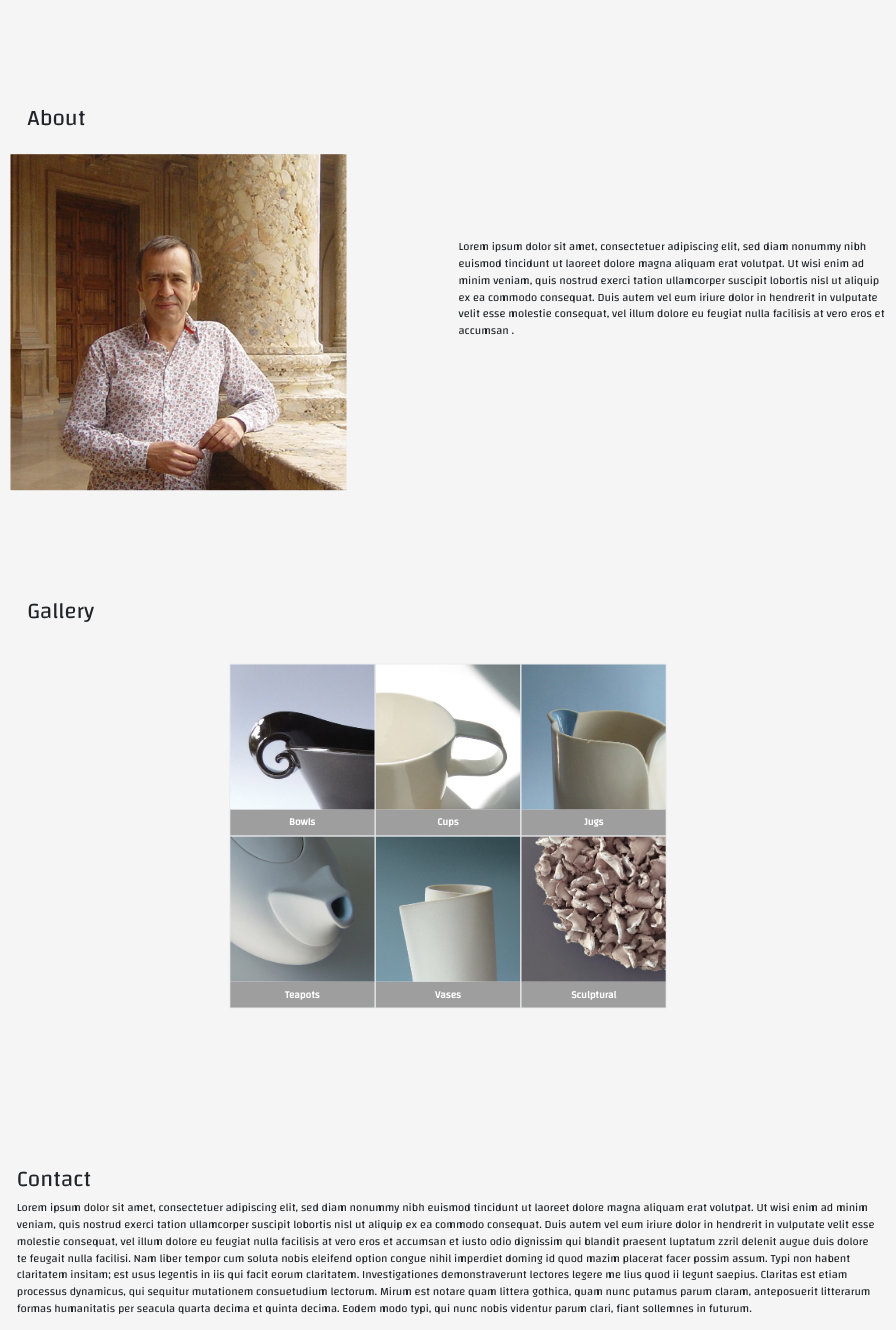
Repository: ManrOsca/ceramics
Page: MDB/index3.html
The author's editor kept a record of every edit. The page is drawn from the files as they stood at one moment, then again after the next edit.
The browser window is 1280 px wide. The pictures show the part of the page from y = 1136 to 3036 px (the page is 3060 px tall before and 3508 px after), at 70% of full size.
A picture or video elsewhere on the page could not be fetched, so the positions and the page height are approximate.

Above is the page before.

### MDB/index3.html
<!DOCTYPE html>
<html lang="en">

<head>
    <meta charset="utf-8">
    <meta name="viewport" content="width=device-width, initial-scale=1, shrink-to-fit=no">
    <meta http-equiv="x-ua-compatible" content="ie=edge">
    <title>
        <p class="changa text-uppercase">ITALO MANRIQUE - ceramics</p>
    </title>
    <!-- Font Awesome -->
    <link rel="stylesheet" href="https://maxcdn.bootstrapcdn.com/font-awesome/4.7.0/css/font-awesome.min.css">
    <!-- Bootstrap core CSS -->
    <link href="css/bootstrap.min.css" rel="stylesheet">
    <!-- Material Design Bootstrap -->
    <link href="css/mdb.min.css" rel="stylesheet">
    <!-- Your custom styles (optional) -->
    <link rel="stylesheet" href="css/animate.css" type="text/css" />
    <link href="https://fonts.googleapis.com/css?family=Changa" rel="stylesheet">
    <link href="css/style.css" rel="stylesheet">
</head>

<body class="grey lighten-4">
    <!--Main Navigation-->
    <header class="fixed-top">

        <h2 class="changa grey lighten-4 py-4 px-4 upper">Italo Manrique</h2>
        <nav class="navbar navbar-expand navbar-light grey lighten-2">

                <ul class="navbar-nav mr-auto">
                    <li class="nav-item">
                        <a class="nav-link changa" href="index3.html#home">Home</a>
                    </li>
                    <li class="nav-item">
                        <a class="nav-link changa" href="index3.html#about">About</a>
                    </li>
                    <li class="nav-item">
                        <a class="nav-link changa" href="index3.html#gallery">Gallery</a>
                    </li>
                    <li class="nav-item">
                        <a class="nav-link changa" href="index3.html#contact">Contact</a>
                    </li>
                </ul>
        </nav>
    </header>
    <!--Main Navigation-->

    <!--Main layout-->
    <main>
        <span class="anchor" id="home"></span>
        <home>
            <div class="landing-text">
                <img src="img/home.jpg" class="container-fluid"></img>
                <p class="px-4 pb-4">Lorem ipsum dolor sit amet, consectetur adipisicing elit.</p>
            </div>

        </home>
        <!--
        <section id="about">
            <about class="px-4">
                <h2 class="px-4">About</h2>
                <div class="row container-fluid">
                    <div class="col-sm-6">
                        <img src="img/about.jpeg"></img>
                    </div>
                    <div class="col-sm-6">
                        <br> <br><br><br><br>
                        <p class="changa">
                            Lorem ipsum dolor sit amet, consectetuer adipiscing elit, sed diam nonummy nibh euismod tincidunt ut laoreet dolore magna aliquam erat volutpat. Ut wisi enim ad minim veniam, quis nostrud exerci tation ullamcorper suscipit lobortis nisl ut aliquip ex
                            ea commodo consequat. Duis autem vel eum iriure dolor in hendrerit in vulputate velit esse molestie consequat, vel illum dolore eu feugiat nulla facilisis at vero eros et accumsan .
                        </p>
                    </div>
                </div>
            </about>
        </section>

-->
         <span class="anchor" id="about"></span>
        <section>
            <div class="container-fluid">
                <h2 class="px-4 py-4">About</h2>
                <div class="row">
                    <div class="col-sm-6">
                        <img src="img/about.jpeg"></img>
                    </div>
                    <div class="col-sm-6">
                        <br> <br><br><br><br>
                        <p class="changa">
                            Lorem ipsum dolor sit amet, consectetuer adipiscing elit, sed diam nonummy nibh euismod tincidunt ut laoreet dolore magna aliquam erat volutpat. Ut wisi enim ad minim veniam, quis nostrud exerci tation ullamcorper suscipit lobortis nisl ut aliquip ex
                            ea commodo consequat. Duis autem vel eum iriure dolor in hendrerit in vulputate velit esse molestie consequat, vel illum dolore eu feugiat nulla facilisis at vero eros et accumsan .
                        </p>
                    </div>
                </div>
            </div>
        </section>

         <span class="anchor" id="gallery"></span>
        <section>
            <div class="container-fluid animated zoomInRight">

                <h2 class="px-4 py-4">Gallery</h2><br>

                <div class="row mx-auto"  style="width: 50%;" >
                    <div class="col-xs-4 col-md-4 col-lg-4 px-0">
                        <a href="index3.html#gallery">
                            <div class="img-thumbnail">
                                <img src="img/gallery-menu-bowls.jpg" alt="bowls" class="img-fluid"></img>
                        </a>
                        <figcaption class="figure-caption grey text-center py-2 px-1">Bowls</figcaption>
                        </div>
                    </div>

                    <div class="col-xs-4 col-md-4 col-lg-4 px-0">
                        <a href="index3.html#gallery">
                            <div class="img-thumbnail">
                                <img src="img/gallery-menu-cups.jpg" alt="cups" class="img-fluid"></img>
                        </a>
                        <figcaption class="figure-caption grey text-center py-2 px-1">Cups</figcaption>
                        </div>
                    </div>

                    <div class="col-xs-4 col-md-4 col-lg-4 px-0">
                        <a href="gallery3.html#jugs">
                            <div class="img-thumbnail">
                                <img src="img/gallery-menu-jugs.jpg" alt="jugs" class="img-fluid"></img>
                        </a>
                        <figcaption class="figure-caption grey text-center py-2 px-1">Jugs</figcaption>
                        </div>
                    </div>

                    <div class="col-xs-4 col-md-4 col-lg-4 px-0">
                        <a href="gallery3.html#teapots">
                            <div class="img-thumbnail">
                                <img src="img/gallery-menu-teapots.jpg" alt="teapots" class="img-fluid"></img>
                        </a>
                        <figcaption class="figure-caption grey text-center py-2 px-1">Teapots</figcaption>
                        </div>
                    </div>

                    <div class="col-xs-4 col-md-4 col-lg-4 px-0">
                        <a href="index3.html#gallery">
                            <div class="img-thumbnail">
                                <img src="img/gallery-menu-vases.jpg" alt="vases" class="img-fluid"></img>
                        </a>
                        <figcaption class="figure-caption grey text-center py-2 px-1">Vases</figcaption>
                        </div>
                    </div>

                    <div class="col-xs-4 col-md-4 col-lg-4 px-0">
                        <a href="index3.html#gallery">
                            <div class="img-thumbnail">
                                <img src="img/gallery-menu-sculptural.jpg" alt="sculptural" class="img-fluid"></img>
                        </a>
                        <figcaption class="figure-caption grey text-center py-2 px-1">Sculptural</figcaption>
                        </div>
                    </div>
                </div>




            </div>
            <!-- container -->
        </section>

        <span class="anchor" id="contact"></span>
        <section>
            <contact class="container-fluid">
                <br><br><br><br>
                <h2 class="px-4">Contact</h2>
                <p class="px-4">
                    Lorem ipsum dolor sit amet, consectetuer adipiscing elit, sed diam nonummy nibh euismod tincidunt ut laoreet dolore magna aliquam erat volutpat. Ut wisi enim ad minim veniam, quis nostrud exerci tation ullamcorper suscipit lobortis nisl ut aliquip ex
                    ea commodo consequat. Duis autem vel eum iriure dolor in hendrerit in vulputate velit esse molestie consequat, vel illum dolore eu feugiat nulla facilisis at vero eros et accumsan et iusto odio dignissim qui blandit praesent luptatum
                    zzril delenit augue duis dolore te feugait nulla facilisi. Nam liber tempor cum soluta nobis eleifend option congue nihil imperdiet doming id quod mazim placerat facer possim assum. Typi non habent claritatem insitam; est usus legentis
                    in iis qui facit eorum claritatem. Investigationes demonstraverunt lectores legere me lius quod ii legunt saepius. Claritas est etiam processus dynamicus, qui sequitur mutationem consuetudium lectorum. Mirum est notare quam littera
                    gothica, quam nunc putamus parum claram, anteposuerit litterarum formas humanitatis per seacula quarta decima et quinta decima. Eodem modo typi, qui nunc nobis videntur parum clari, fiant sollemnes in futurum.
                </p>


            </contact>
        </section>
        </div>
        <!--Main container-->

    </main>
    <!--Main layout-->

    <!--Footer-->
    <footer>

    </footer>
    <!--Footer-->






    <!-- SCRIPTS -->
    <!-- JQuery -->
    <script type="text/javascript" src="js/jquery-3.2.1.min.js"></script>
    <!-- Bootstrap tooltips -->
    <script type="text/javascript" src="js/popper.min.js"></script>
    <!-- Bootstrap core JavaScript -->
    <script type="text/javascript" src="js/bootstrap.min.js"></script>
    <!-- MDB core JavaScript -->
    <script type="text/javascript" src="js/mdb.min.js"></script>
</body>

</html>

### MDB/css/style.css
/* Your custom styles */

.changa {
    font-family: 'Changa', sans-serif;
}
/*
.col-sm-4 {
padding: 2px;
}
    */
.grey-text {
  color: #9e9e9e !important;
}
html body {
  font-family: 'Changa', sans-serif;
}

.figure-caption {
  font-size: 90%;
  color: #fff;
/*  text-transform: uppercase; */
  font-weight: 600;
}
.img-thumbnail {
  border-radius: 0;
  padding: 0px !important;
  background-color: inherit;
}
.img-thumbnail img {
  max-height: 100%;
  max-width: 100%;
}

nav {
  margin-top: -0.50em;
}
.col-lg-2, .col-sm-4 {
  padding-left: 0px;
  padding-right: 0px;
}
/*
html,
body,
header,
#intro {
  height: 100%;
}

.home-bg {
   background: url("../img/home.jpg") no-repeat center center fixed;
    background-size: cover;
    -webkit-background-size: cover;
    -moz-background-size: cover;
    -o-background-size: cover;
}
.landing-text {
    text-align: center;
    position: absolute;
    top: 50%;
    left: 50%;
    transform: translate(-50%, -50%);
    color: grey;
}
   */

.push-down-10 {
  padding-top: 10rem;
}
.push-down-5{
  padding-top: 5rem;
}

.push-down-20 {
  padding-top: 20rem;
}
.img-thumbnail {
  max-width: none;
}

thumbnail {
  padding: 1rem;
}

div a img {
  width: 100%;
  display:block;
}
gallery {
  width:100%;
  display:flex;
  flex-flow: row wrap;
}


/* Remove Lightbox white frame */
.lightbox .lb-image {
  border: none;
}
.anchor{
   display:block;
   height:130px; /* this is the height of the header */
/*   margin-top:-142px; /* this is again negative value of the height of the header */
   visibility:hidden;
}
.upper {
    text-transform: uppercase;
}

.nav-link, .navbar {
    padding: 0;
}
/*
html,
body,
header,
#intro {
  height: 100%;
}
#intro{
  background: url("img/home.jpeg") no-repeat center center fixed;
  -webkit-background-size: cover;
  -moz-background-size: cover;
  -o-background-size: cover;
  background-size: cover;
}
@import url('https://fonts.googleapis.com/css?family=Yantramanav:100');
@import url('https://fonts.googleapis.com/css?family=Montserrat:400');
    */


/*--- Media Queries --
@media screen and (max-width: 900px) {

}
@media screen and (max-width: 768px) {

}
@media screen and (max-width: 480px) {

}
*/

Loaded but not shown: MDB/css/bootstrap.min.css (library); MDB/css/mdb.min.css (library); MDB/css/animate.css (library); MDB/js/jquery-3.2.1.min.js (library); MDB/js/popper.min.js (library); MDB/js/bootstrap.min.js (library); MDB/js/mdb.min.js (library)

After the next edit:
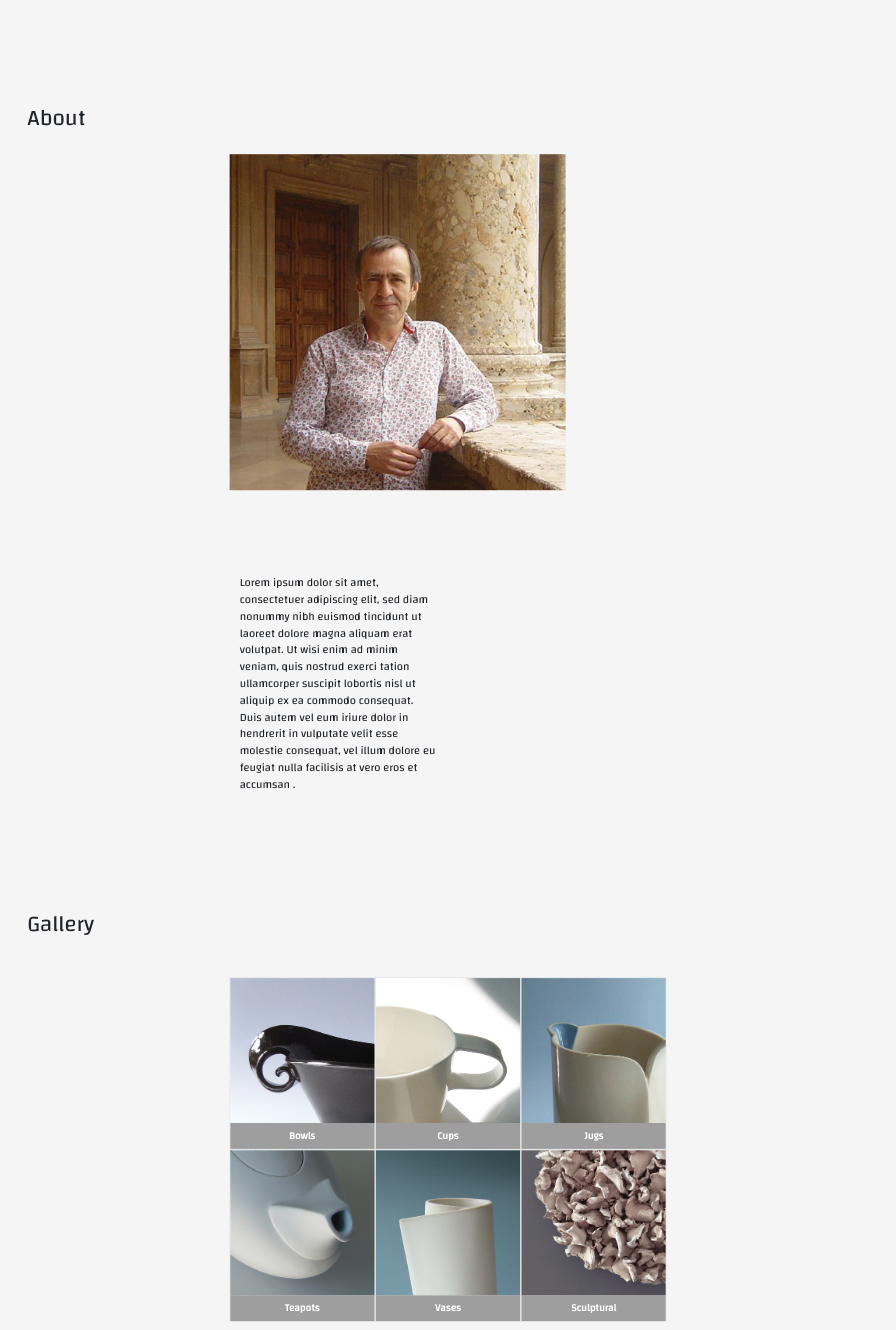
The edit:
--- a/MDB/index3.html
+++ b/MDB/index3.html
@@ -79,8 +79,8 @@
         <section>
             <div class="container-fluid">
                 <h2 class="px-4 py-4">About</h2>
-                <div class="row">
-                    <div class="col-sm-6">
+                <div class="row mx-auto" style="width: 50%">
+                    <div class="col-xs-6">
                         <img src="img/about.jpeg"></img>
                     </div>
                     <div class="col-sm-6">
